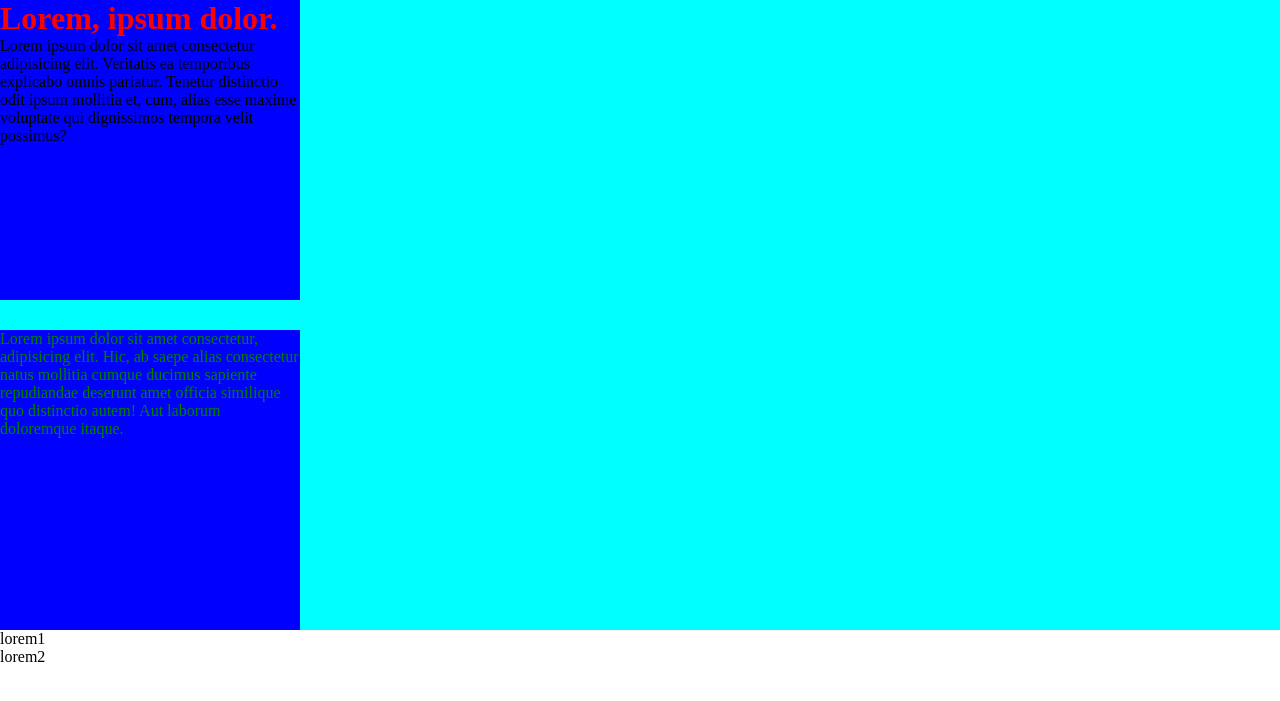
Repository: AytacSafarova/Scss-sample
Page: pages/homePage/index.html
An editor plug-in stored every save of this project. The page is shown before and after the next save, followed by the edit.
The browser window is 1280 px wide. The pictures show the whole page.
The style sheet was rebuilt from its Sass, Less or Tailwind sources for each picture, by a compiler version that may differ from the author's.

Above is the page before, as saved 2023-11-09 14:23:16.

### pages/homePage/index.html
<!DOCTYPE html>
<html lang="en">
  <head>
    <meta charset="UTF-8" />
    <meta name="viewport" content="width=device-width, initial-scale=1.0" />
    <title>Document</title>
    <link rel="stylesheet" href="../../assets/css/reset.css" />
    <link rel="stylesheet" href="./index.css">
  </head>
  <body>
    <div class="container">
      <div class="child">
        <h1>Lorem, ipsum dolor.</h1>
        <p>
          Lorem ipsum dolor sit amet consectetur adipisicing elit. Veritatis ea
          temporibus explicabo omnis pariatur. Tenetur distinctio odit ipsum
          mollitia et, cum, alias esse maxime voluptate qui dignissimos tempora
          velit possimus?
        </p>
      </div>
      <div class="child-1">
        <p>
          Lorem ipsum dolor sit amet consectetur, adipisicing elit. Hic, ab
          saepe alias consectetur natus mollitia cumque ducimus sapiente
          repudiandae deserunt amet officia similique quo distinctio autem! Aut
          laborum doloremque itaque.
        </p>
      </div>
    </div>
    <div class="container-1">
      <p>lorem1</p>
      <p>lorem2</p>
    </div>
  </body>
</html>

### assets/css/reset.css
*{
    margin: 0;
    padding: 0;
    box-sizing: border-box;
}
button{
    border: none;
}
li{
    list-style-type:none ;
}
a{
    text-decoration: none;
}

### pages/homePage/index.scss
$boxColor:blue;

.container {
  background-color: aqua;
  .child {
    width: 300px;
    height: 300px;
    background-color: $boxColor;
    h1 {
      color: red;
    }
  }
  .child-1{
    width: 300px;
    height: 300px;
    background-color: $boxColor;
    margin-top: 30px;
    p{
        color: green;
    }
  }
}

After the next save:
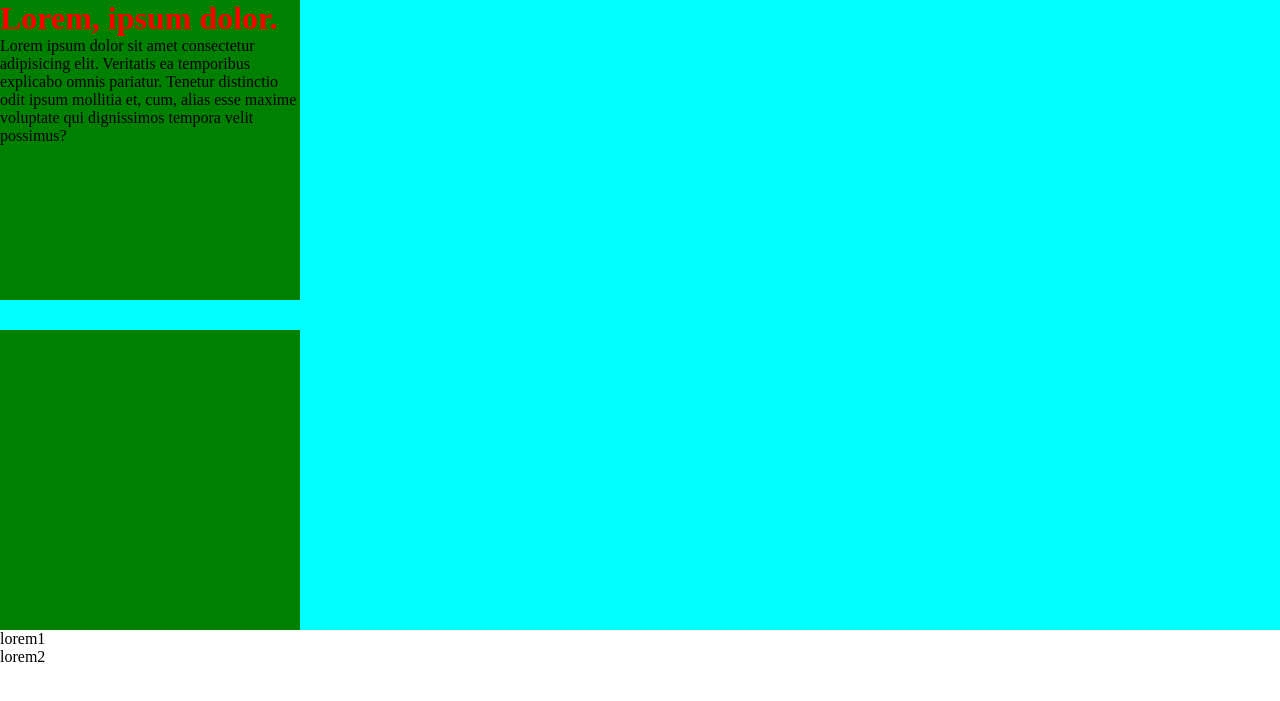
Saved 18 s later.
--- a/pages/homePage/index.scss
+++ b/pages/homePage/index.scss
@@ -1,4 +1,4 @@
-$boxColor:blue;
+$boxColor:green;
 
 .container {
   background-color: aqua;
